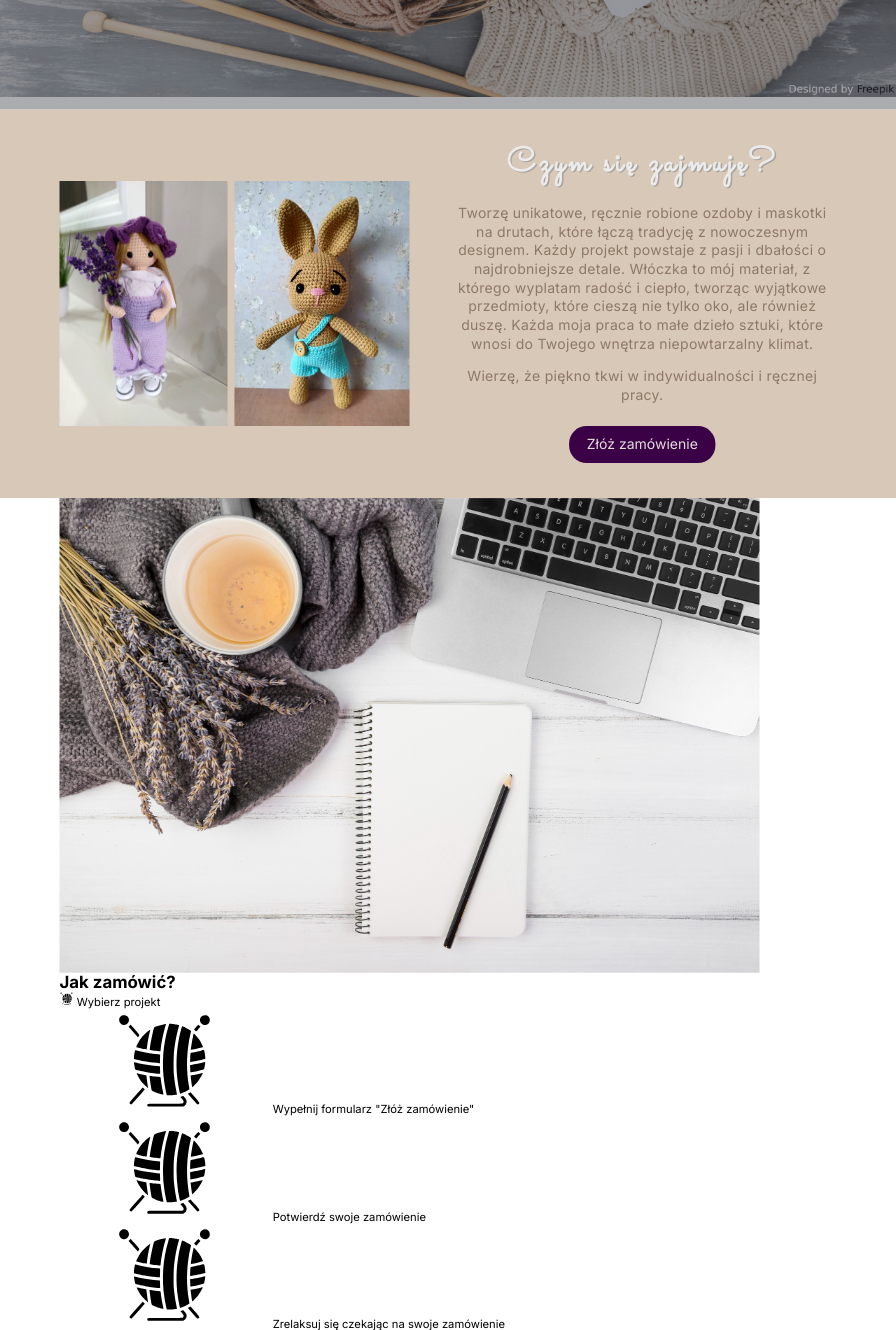
Repository: KlaudiaK0205/Craftoszet
Page: index.html
These files come from the project's save history. The page is drawn as it stood at one moment and after a run of saves; the edit follows.
The browser window is 1280 px wide. The pictures show the part of the page from y = 872 to 2792 px (the page is 2772 px tall before and 2792 px after), at 70% of full size.
Some web libraries are served in a nearby version. The style sheet was rebuilt from its Sass, Less or Tailwind sources for each picture, by a compiler version that may differ from the author's.

Above is the page before, as saved 2024-10-06 13:39:01.

After the next 2 saves:
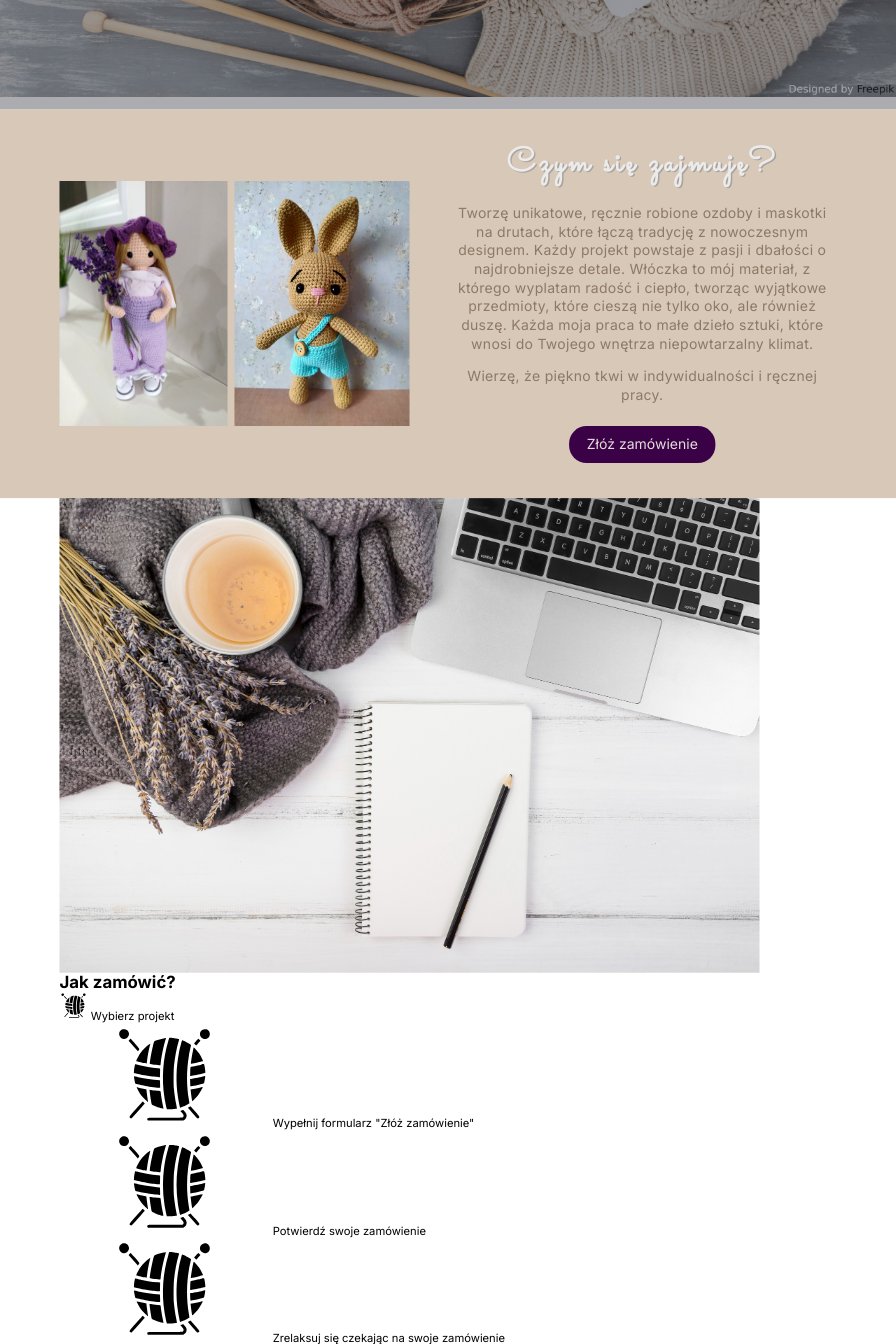
The 2 saves are shown as one change because they came seconds apart.
The last was saved 9 s later.
--- a/sass/components/_icons.scss
+++ b/sass/components/_icons.scss
@@ -1,4 +1,4 @@
 .howOrder-icon {
-    width: 20px;
-    height: 20px;
+    width: 40px;
+    height: 40px;
 }
